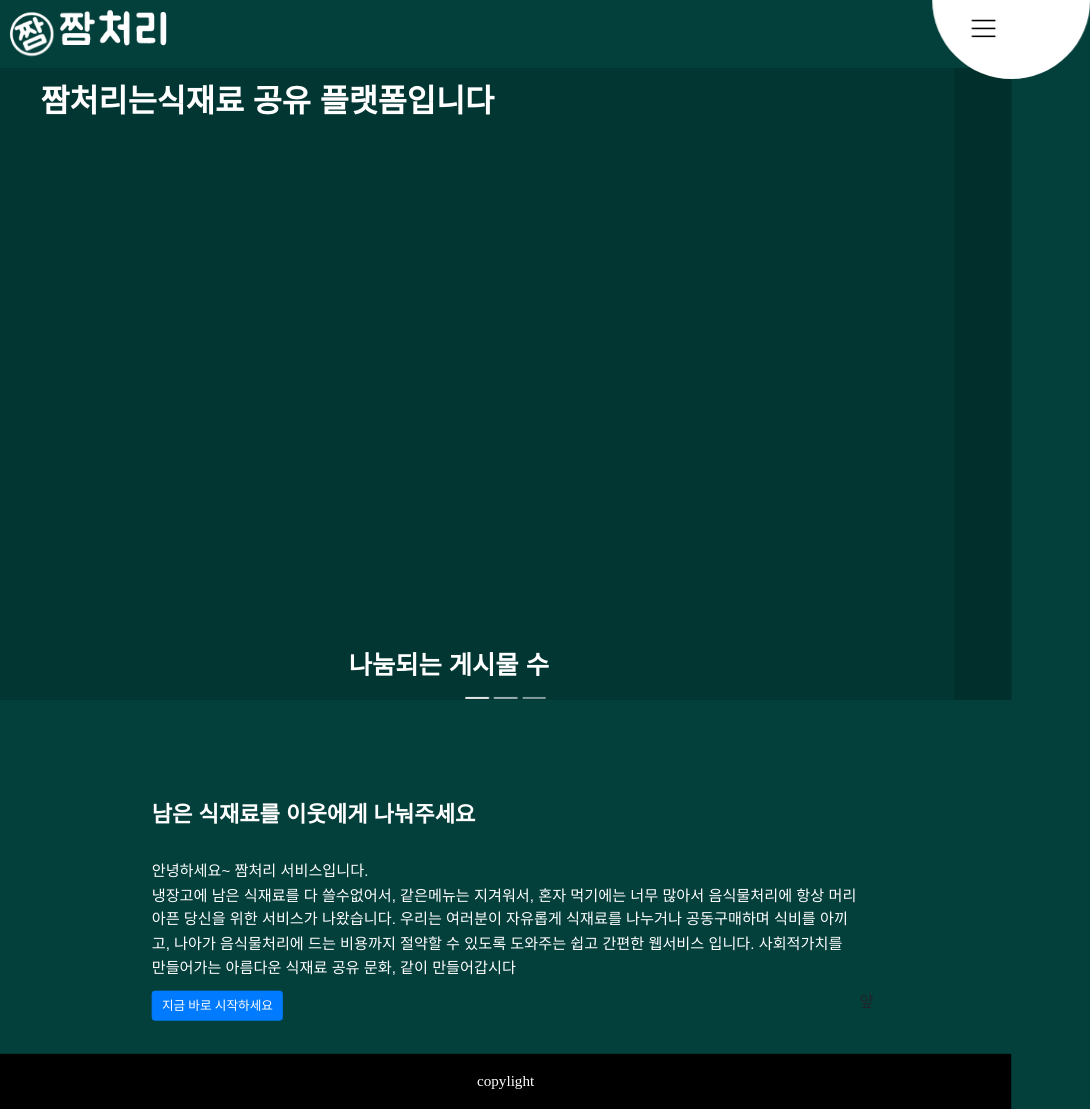
Repository: navang/JJAM_project
Page: http://localhost/jjam/WEB-INF/views/jjam_intro.jsp
The author's editor kept a copy of each file at every save. The page is drawn from the files as they stood at one save, then again after the next save.
The browser window is 1280 px wide. The page is 1380 px wide, so the pictures cover 1380 px, including what lies to the right of the window. The pictures show the whole page, at 79% of full size.
Some web fonts or font styles are not loaded; a fallback is used. Some web libraries are served in a nearby version. The page is served by Tomcat 9. Nobody is signed in. The template is opened directly, without the code that normally fills it, so the values that code supplies are empty.

Above is the page before, as saved 2019-07-23 08:03:35.

After the next save:
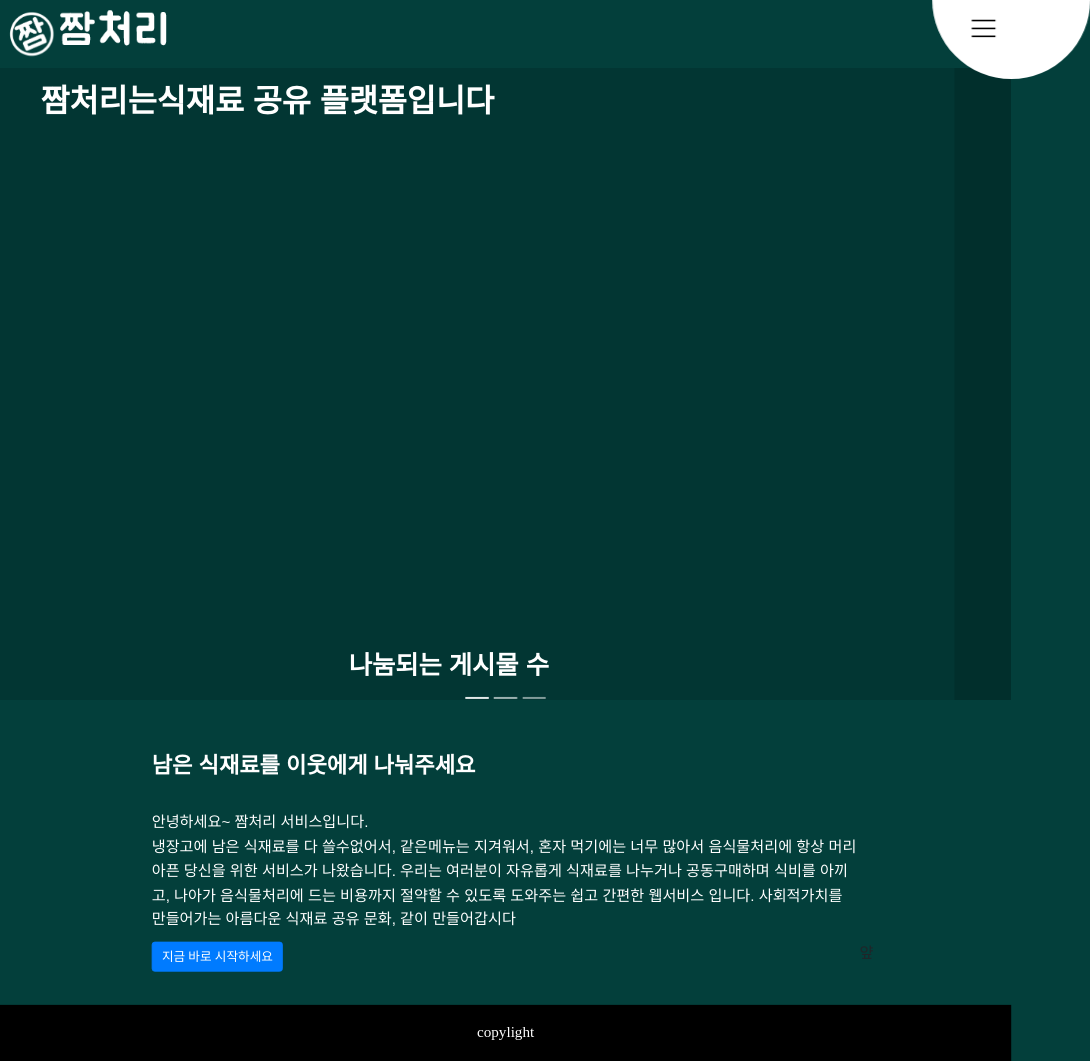
Saved 6 s later.
--- a/jjam/src/main/webapp/WEB-INF/views/jjam_intro.jsp
+++ b/jjam/src/main/webapp/WEB-INF/views/jjam_intro.jsp
@@ -108,8 +108,6 @@
 
 
 </br>
-         </br>
-         </br>
 
  <div class="intro-desc">
  <div></div>
